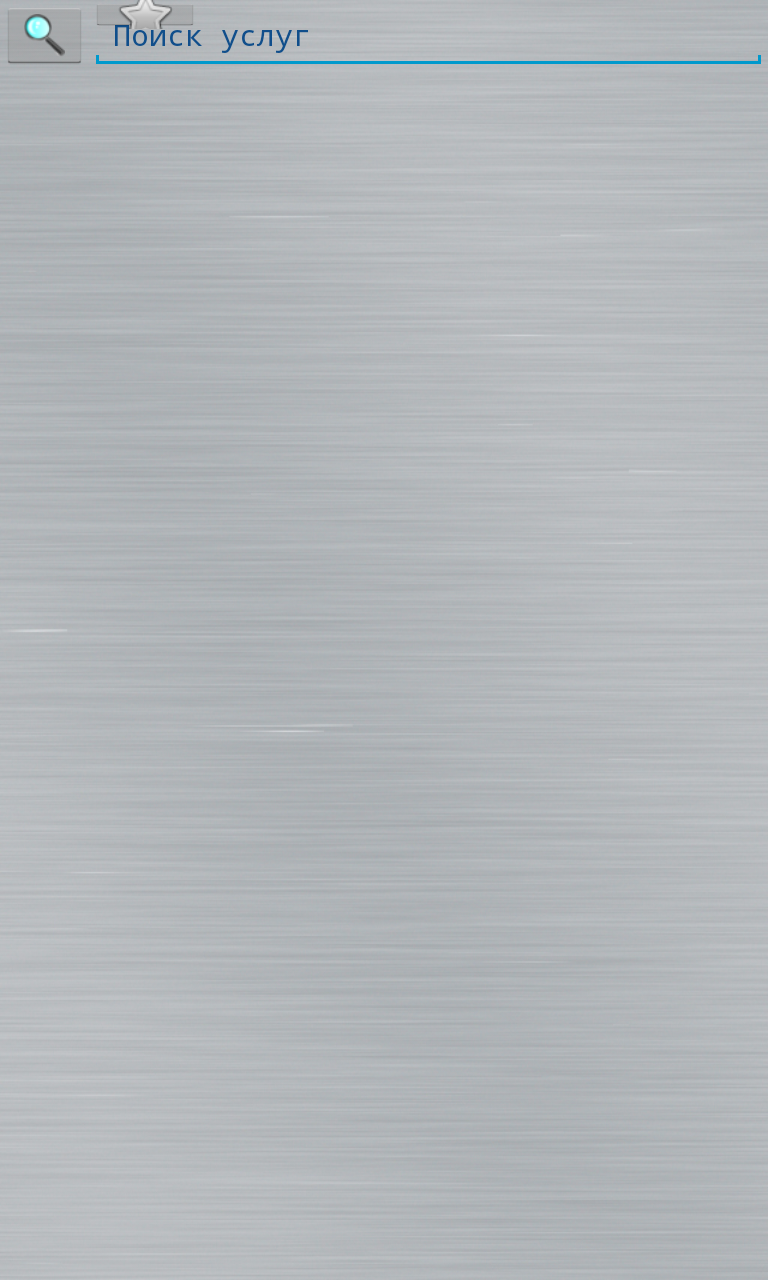
Repository: complexityclass/GosClient
Layout: Client/res/layout/listview_searchbar_layout.xml
These files come from the project's save history. The layout is drawn as it stood at one moment and after the next save; the edit follows.
It is drawn on a 768 x 1280 px phone screen (xhdpi) without system bars, with theme AppTheme; the app's code is not run. Lists and similar views that code fills are empty.

Above is the layout before, as saved 2013-05-23 06:20:31.

After the next save:
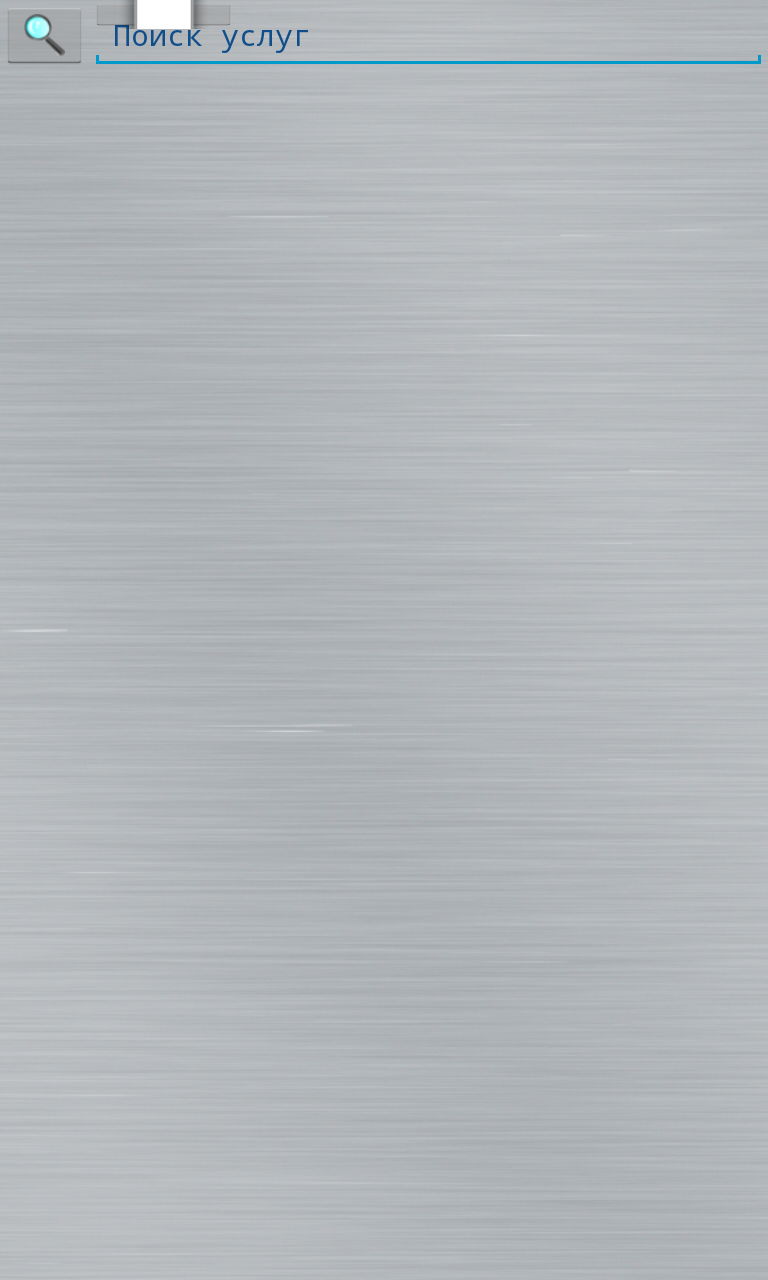
Saved 40 s later.
--- a/Client/res/layout/listview_searchbar_layout.xml
+++ b/Client/res/layout/listview_searchbar_layout.xml
@@ -46,6 +46,6 @@
         android:layout_alignBottom="@+id/editText1"
         android:layout_alignLeft="@+id/editText1"
         android:layout_marginBottom="21dp"
-        android:src="@android:drawable/btn_star" />
+        android:src="@android:drawable/alert_light_frame" />
 
 </RelativeLayout>
